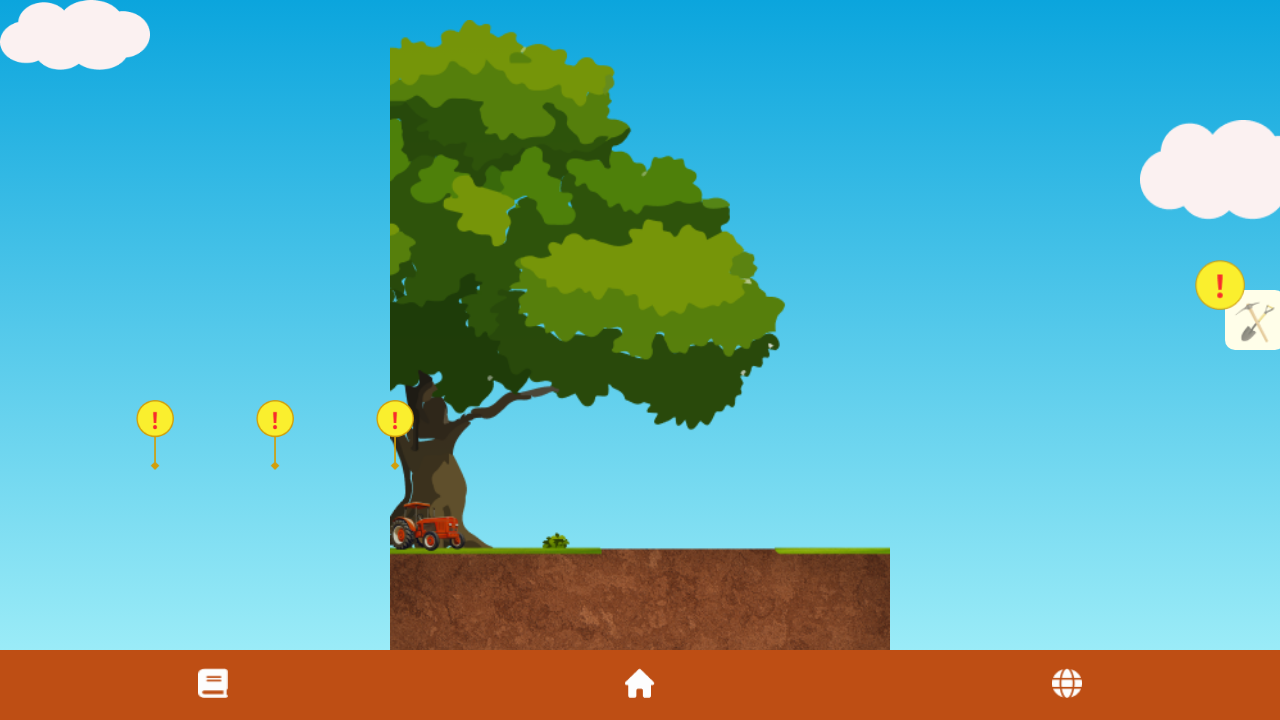
Repository: kobuchisouta/kome-app
Page: /
An editor plug-in stored every save of this project. The page is shown before and after the next save, followed by the edit.
The browser window is 1280 px wide. The pictures show the whole page.
The project was rebuilt for these pictures with package versions that can differ from the ones it lists, and the page was loaded fresh each time. The framework's server and built-in components were replaced by stand-ins that run in the browser. Also part of the build but not shown: next.config.ts.

Above is the page before, as saved 2025-01-29 11:07:46.

### src/app/layout.tsx
import type { Metadata } from "next";
import localFont from "next/font/local";
import "./globals.css";
import Footer from "./components/footer/Footer";

const geistSans = localFont({
  src: "./fonts/GeistVF.woff",
  variable: "--font-geist-sans",
  weight: "100 900",
});
const geistMono = localFont({
  src: "./fonts/GeistMonoVF.woff",
  variable: "--font-geist-mono",
  weight: "100 900",
});

export const metadata: Metadata = {
  title: "Create Next App",
  description: "Generated by create next app",
};

export default function RootLayout({
  children,
}: Readonly<{
  children: React.ReactNode;
}>) {
  return (
    <html lang="ja">
      <body>
        <header>
        </header>
        <main>

          {children}
        </main>
        <Footer />
      </body>
    </html>

  );
}

### src/app/page.tsx
"use client";
import Head from 'next/head';
import Image from 'next/image';
import { useState } from 'react';
import styles from './page.module.css'; // モジュールCSS
import Link from 'next/link';

export default function Home() {
  const [isModalOpen, setIsModalOpen] = useState(false);

  const openModal = () => setIsModalOpen(true);
  const closeModal = () => setIsModalOpen(false);

  return (
    <>
      <Head>
        <title>米⭐︎すたー</title>
        <meta name="viewport" content="width=device-width,initial-scale=1.0,minimum-scale=1.0" />
        <meta name="description" content="ここに説明文を設定" />
      </Head>

      <main className={styles.main}>
        <div className={styles.contents}>
          <div className={styles.clouds}>
            <p className={styles.cloud1}>
              <Image src="/cloud1.png" alt="雲" width={150} height={70} />
            </p>
            <p className={styles.cloud2}>
              <Image src="/cloud2.png" alt="雲" width={170} height={100} />
            </p>
          </div>

          <div className={styles.tools}>
            <div className={styles.toolBar}>
              <p>
                <Image src="/tools.png" alt="道具" width={50} height={50} />
              </p>
            </div>
            <div className={styles.lookUp}>
              <p>
                <Image src="/pickup.png" alt="見て" width={50} height={50} />
              </p>
            </div>
          </div>

          <div className={styles.stages}>
            <div className={styles.stagePick}>
              <a className={`${styles.stage} ${styles.modalOpen}`} onClick={openModal}>
                <Image src="/pick.png" alt="クリック" width={70} height={70} />
              </a>
              <a className={`${styles.stage} ${styles.modalOpen}`} onClick={openModal}>
                <Image src="/pick.png" alt="クリック" width={70} height={70} />
              </a>
              <a className={`${styles.stage} ${styles.modalOpen}`} onClick={openModal}>
                <Image src="/pick.png" alt="クリック" width={70} height={70} />
              </a>
            </div>

            {isModalOpen && (
              <div className={styles.modal}>
                <div className={styles.modalInner}>
                  <div className={styles.modalContent}>
                    <div className={styles.modalHeader}>
                      <h1>土地選びと購入準備</h1>
                    </div>
                    <div className={styles.modalBody}>
                      <Link href={"/home"}>エリア調査</Link>
                      <Link href={"/home"}>土地の購入</Link>
                      <a href="#">土地の整地</a>
                      <a href="#">水利権の確認</a>
                      <a href="#">情報収集</a>
                    </div>
                    <div className={styles.modalFooter}>
                      <span className={styles.modalClose} onClick={closeModal}>
                        閉じる
                      </span>
                    </div>
                  </div>
                </div>
              </div>
            )}

            <div className={styles.stageImg}>
              <a className={styles.stage1}>
                <Image src="/ine.png" alt="稲" width={50} height={50} />
              </a>
              <a className={styles.stage2}>
                <Image src="/makimaki.png" alt="田植え" width={70} height={70} />
              </a>
              <a className={styles.stage3}>
                <Image src="/sawasawa.png" alt="手入れ" width={70} height={70} />
              </a>
            </div>
          </div>
        </div>
      </main>
    </>
  );
}

### src/app/globals.css
* {
	margin: 0;
	padding: 0;
	box-sizing: border-box;
}
body {
	color: var(--foreground);
	background: var(--background);
	font-family: Arial, Helvetica, sans-serif;
	-webkit-font-smoothing: antialiased;
	-moz-osx-font-smoothing: grayscale;
	display: flex;
	flex-direction: column;
	width: 100%;
	height: 100%;
	margin: 0 auto;
}

* {
	box-sizing: border-box;
	text-decoration: none;
	list-style: none;
}

html {
	width: 100%;
	height: 100vh;
}

### src/app/components/footer/Footer.tsx

import Image from 'next/image';
import styles from './style.module.css';

export default function Footer() {
    return (
        <footer className={styles.footer}>
            <a href='/book' className={styles.book}>
                <Image src="/book.png" alt="book" width={30} height={30} />
            </a>
            <a href='/' className={styles.home}>
                <Image src="/house.png" alt="house" width={30} height={30} />
            </a>
            <a href='/news' className={styles.globe}>
                <Image src="/globe.png" alt="globe" width={30} height={30} />
            </a>
        </footer>
    );
}

### src/app/page.module.css
.main {
	background: url("/tree.png"), linear-gradient(#0ba5dd 0%, #aaf3fa 100%);
	background-repeat: no-repeat, no-repeat;
	background-position: bottom, center; /* 画像を中央に配置 */
	background-size: 500px 700px, auto; /* グラデーションは自動サイズ、画像はカバー */
	width: 100%;
	height: 100vh;
	position: fixed;
}

.contents {
	z-index: 100;
}

.clouds {
	.cloud1 {
		position: absolute;
	}

	.cloud2 {
		position: absolute;
		top: 120px;
		right: -30px;
	}
}
.tools {
	background: #fffee9;
	border-radius: 10px;
	width: 60px;
	height: 60px;
	position: absolute;
	right: -5px;
	top: 290px;

	.toolBar img {
		position: absolute;
		top: 8px;
		left: 4px;
	}

	.lookUp img {
		position: absolute;
		left: -30px;
		top: -30px;
	}
}

.stages {
	.stageImg {
		position: relative;
		display: flex;
		gap: 50px;
		top: 692px;
		left: 130px;
	}

	.stagePick {
		position: absolute;
		bottom: 220px;
		left: 120px;
		display: flex;
		gap: 20px;
		align-items: flex-end;
		background-color: transparent; /* 必要に応じて透明に設定 */
	}
	.stagePick:hover {
		animation: poyopoyo 2s ease-out infinite;
		opacity: 1;
	}
	@keyframes poyopoyo {
		0%,
		40%,
		60%,
		80% {
			transform: scale(1.0);
		}
		50%,
		70% {
			transform: scale(0.95);
		}
	}

	.stagePick {
		background-color: none;
	}

	.stage {
		position: relative;
		width: 100px;
		height: 100px;
	}
	.stage img {
		object-fit: contain;
	}
}

.modal {
	position: fixed;
	top: 0;
	left: 0;
	width: 100%;
	height: 100%;
	background-color: rgba(0, 0, 0, 0.5);
	display: flex;
	justify-content: center;
	align-items: center;
	z-index: 1000;
}

.modalInner {
	background-color: #f2ac3b;
	padding: 20px;
	border-radius: 10px;
	width: 80%;
	max-width: 500px;
}

.modalHeader,
.modalBody,
.modalFooter {
	margin-bottom: 10px;
	display: flex;
	justify-content: center;
	align-items: center;
	flex-direction: column;
	gap: 10px;
}

.modalHeader h1 {
	color: #fff;
	font-size: 1.5rem;
}

.modalBody a {
	color: #fff;
	border: #fff solid 1px;
	width: 100%;
	height: 50px;
	font-weight: bold;
	text-align: center;
	line-height: 50px;
	border-radius: 8px;
}

.modalClose {
	width: 150px;
	height: 50px;
	border-radius: 8px;
	text-align: center;
	line-height: 50px;
	background: #fff;
}
@keyframes modalopen {
	from {
		opacity: 0;
	}
	to {
		opacity: 1;
	}
}

.modal-header h1 {
	margin: 1rem 0;
}

.modal-close {
	font-size: 1.8rem;
}

.modal-close:hover {
	cursor: pointer;
}

### src/app/components/footer/style.module.css
.footer {
	width: 100%;
	height: 70px;
	display: flex;
	justify-content: space-around;
	align-items: center;
	background: #be4e14;
	z-index: 100;
	position: fixed;
	bottom: 0;
}

After the next save:
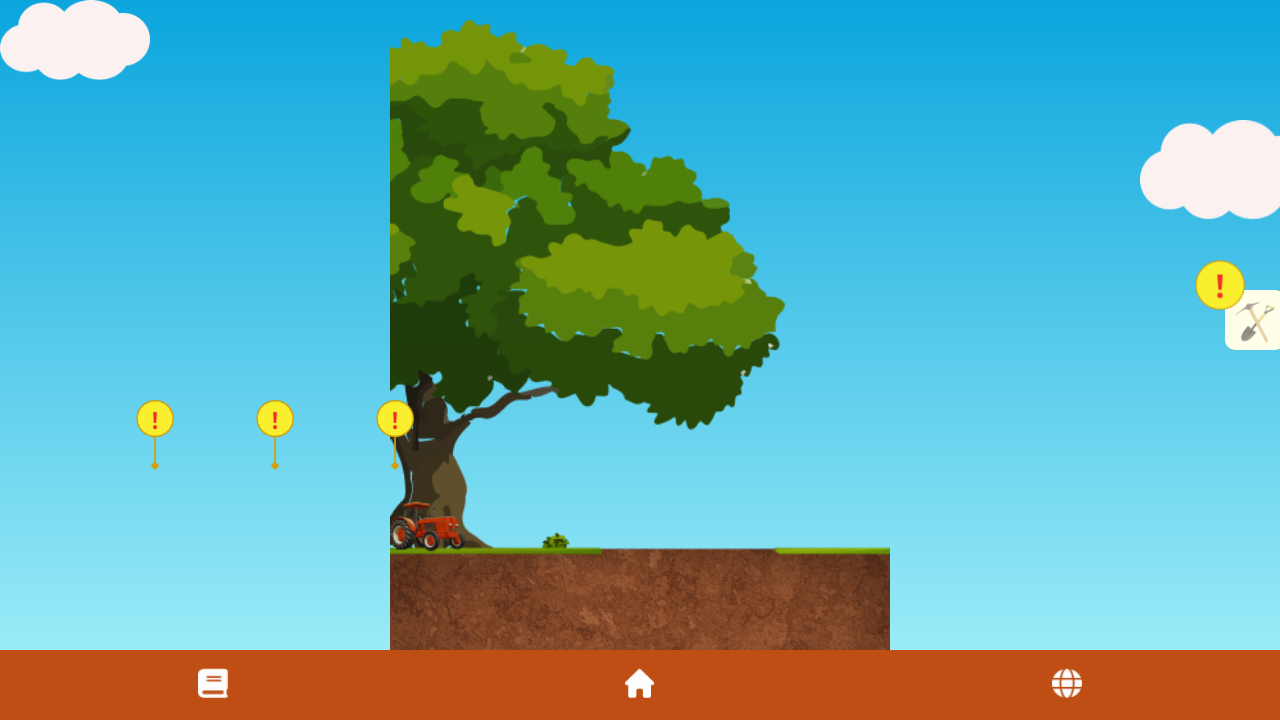
Saved 4 s later.
--- a/src/app/page.tsx
+++ b/src/app/page.tsx
@@ -23,7 +23,7 @@ export default function Home() {
         <div className={styles.contents}>
           <div className={styles.clouds}>
             <p className={styles.cloud1}>
-              <Image src="/cloud1.png" alt="雲" width={150} height={70} />
+              <Image src="/cloud1.png" alt="雲" width={150} height={80} />
             </p>
             <p className={styles.cloud2}>
               <Image src="/cloud2.png" alt="雲" width={170} height={100} />
